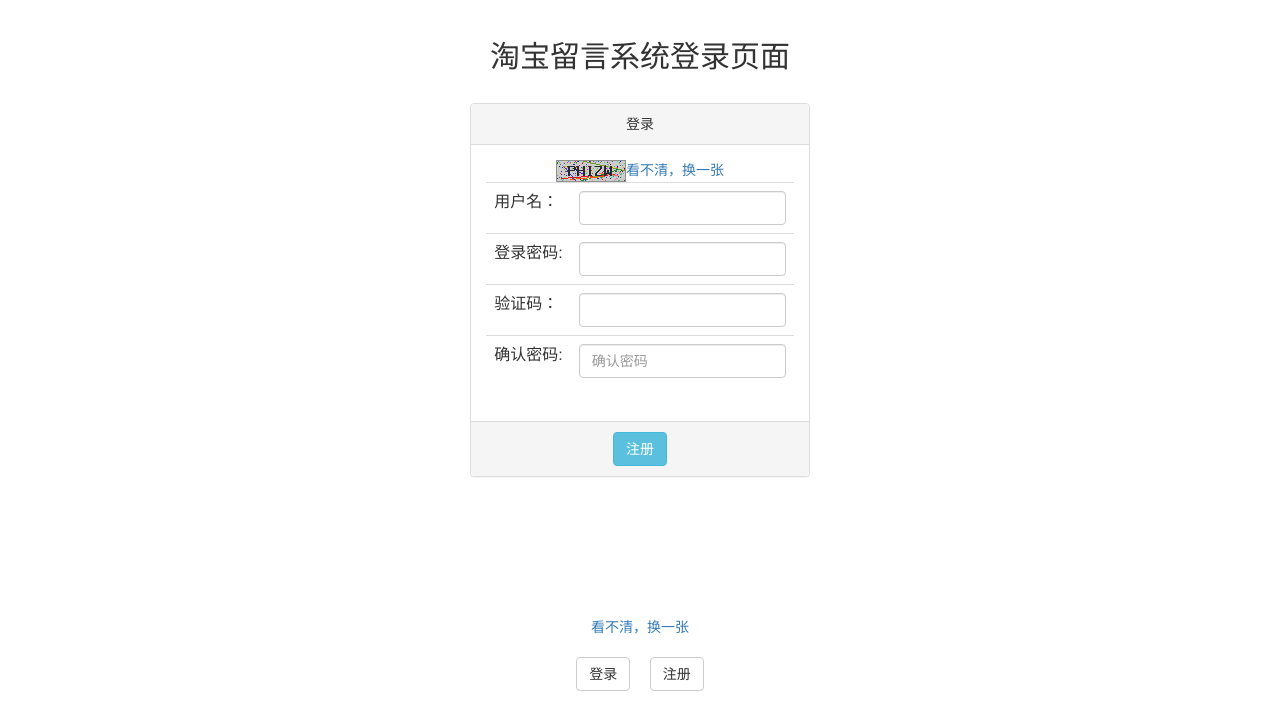
Repository: suxiaohutot/PHP
Page: http://localhost/dengluhtml.php
An editor plug-in stored every save of this project. The page is shown before and after the next save, followed by the edit.
The browser window is 1280 px wide. The pictures show the whole page.
The page is run by PHP 8.4 with error messages shown; the project is at /var/www/html/.

Above is the page before, as saved 2019-11-06 11:15:36.

After the next save:
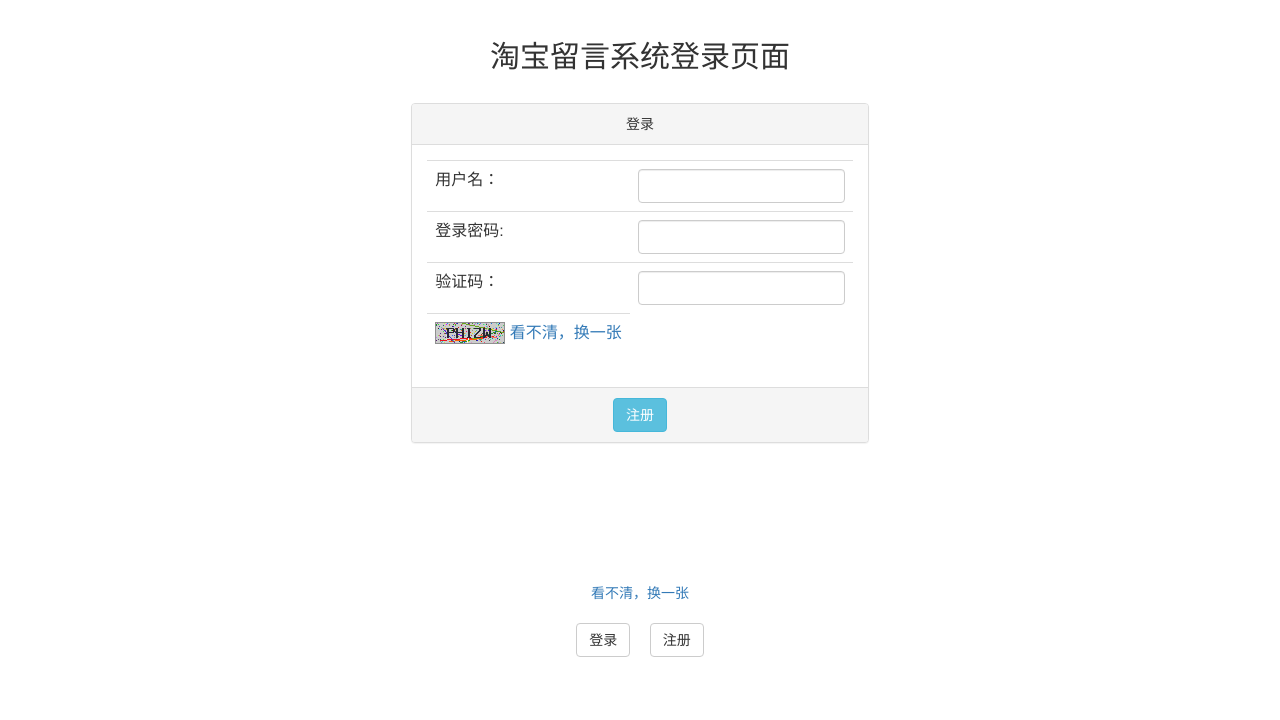
Saved 28 s later.
--- a/test/dengluhtml.php
+++ b/test/dengluhtml.php
@@ -34,11 +34,10 @@
                                 	<td><input type="text" name="captcha"  class="form-control"/></td>
                                 </tr>
 
-                                <tr>
+                                <tr><td>
                                 <img src="./test4/code.php" alt="" id="code_img" />
-                                <a href="#" id="change">看不清，换一张</a>
-                                	<td>确认密码:</td>
-                                	<td><input type="password" name="confirmpaswd"  class="form-control" placeholder="确认密码"></td>
+                                <a href="#" id="change">看不清，换一张</a></td>
+
                                 </tr>
 
                             </table>
